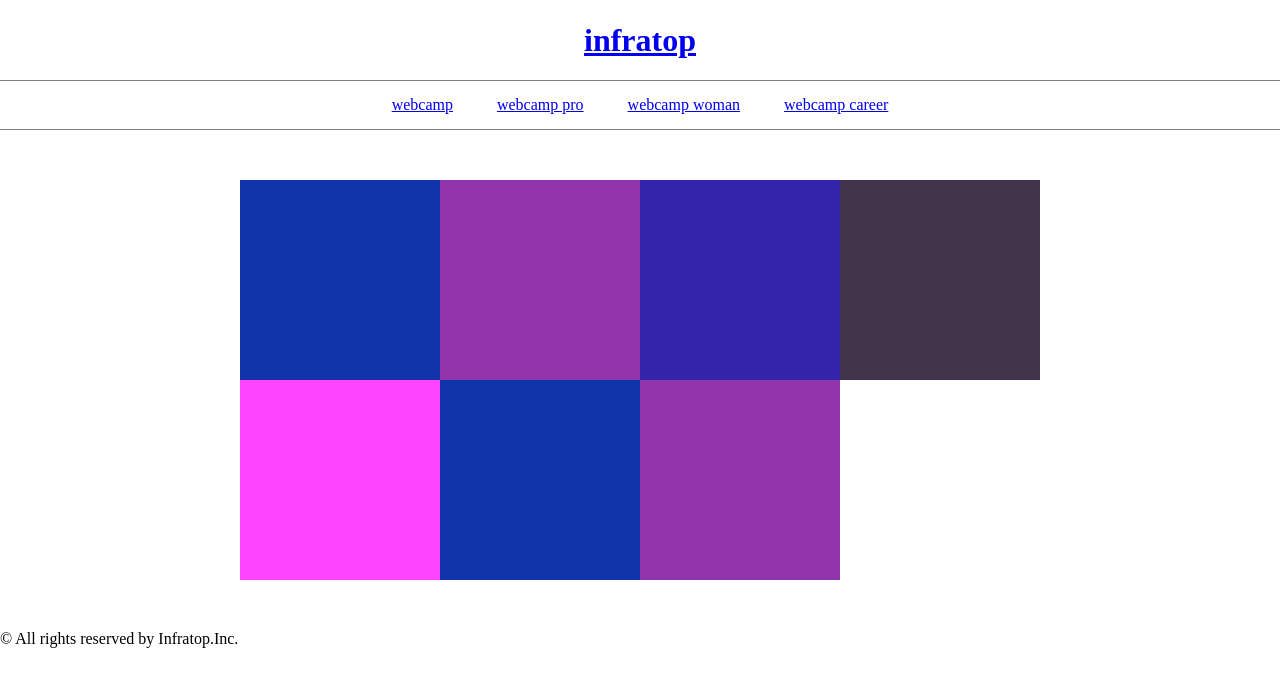
Repository: t-sato-infratop/environment
Page: chapter5_exercise/chapter5_exercise.html
The author's editor kept a record of every edit. The page is drawn from the files as they stood at one moment, then again after the next edit.
The browser window is 1280 px wide. The pictures show the whole page.

Above is the page before.

### chapter5_exercise/chapter5_exercise.html
<!DOCTYPE html>
<html lang="ja">
  <head>
    <meta charset="UTF-8" />
    <link rel="stylesheet" href="chapter5_exercise.css" />
    <title>CARAVAN</title>
  </head>

<body>
  <header>
    <h1 class="header">
      <a href="chapter5_exercise.html">
        infratop
      </a>
    </h1>
  </header>

  <nav>
    <ul class="nav-list">
      <li class="nav-list-item">
        <a href="chapter5_exercise">webcamp</a>
      </li>
      <li class="nav-list-item">
        <a href="chapter5_exercise">webcamp pro</a>
      </li>
      <li class="nav-list-item">
        <a href="chapter5_exercise">webcamp woman</a>
      </li>
      <li class="nav-list-item">
        <a href="chapter5_exercise">webcamp career</a>
      </li>
    </ul>
  </nav>

  <div class="main">
    <div class="box1"></div>
    <div class="box2"></div>
    <div class="box3"></div>
    <div class="box4"></div>
    <div class="box5"></div>
    <div class="box6"></div>
    <div class="box7"></div>
    <div class="box8"></div>
    <div class="box9"></div>
    <div class="box10"></div>
    <div class="box11"></div>
    <div class="box12"></div>
  </div>

  <footer>
    <p class="footer-text">© All rights reserved by Infratop.Inc.</p>
  </footer>

</body>

### chapter5_exercise/chapter5_exercise.css
* {
  margin: 0;
  padding: 0;
  box-sizing: border-box;
}


header {
  padding: 20px 0;
  line-height: 40px;
  text-align: center;
}

.nav-list {
  text-align: center;
  padding: 15px 0;
  margin: 0 auto;
  border-top: solid 1px gray;
  border-bottom: solid 1px gray;
}

.nav-list-item {
  list-style: none;
  display: inline-block;
  margin: 0 20px;
}

.main {
  margin: 50px auto;
  width: 800px;
  display: flex;
  flex-wrap: wrap;
}

.box1 {
  width: 200px;
  height: 200px;
  background-color: #1234ab
}

.box2 {
  width: 200px;
  height: 200px;
  background-color: #9234ab
}

.box3 {
  width: 200px;
  height: 200px;
  background-color: #3324ab
}

.box4 {
  width: 200px;
  height: 200px;
  background-color: #42344b
}

.box5 {
  width: 200px;
  height: 200px;
  background-color: #ff44ff
}

.box6 {
  width: 200px;
  height: 200px;
  background-color: #1234ab
}

.box7 {
  width: 200px;
  height: 200px;
  background-color: #9234ab
}

.box3 {
  width: 200px;
  height: 200px;
  background-color: #3324ab
}

.box4 {
  width: 200px;
  height: 200px;
  background-color: #42344b
}

.box5 {
  width: 200px;
  height: 200px;
  background-color: #ff44ff
}

After the next edit:
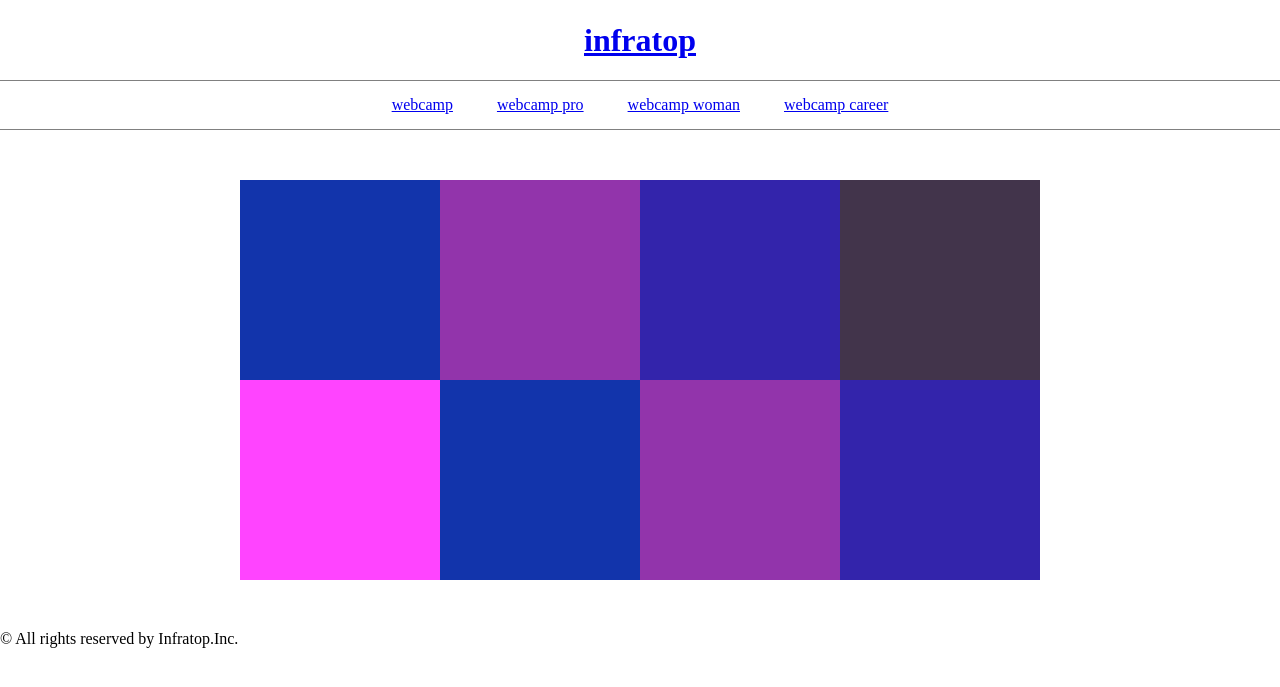
The edit:
--- a/chapter5_exercise/chapter5_exercise.css
+++ b/chapter5_exercise/chapter5_exercise.css
@@ -74,7 +74,7 @@
   background-color: #9234ab
 }
 
-.box3 {
+.box8 {
   width: 200px;
   height: 200px;
   background-color: #3324ab
